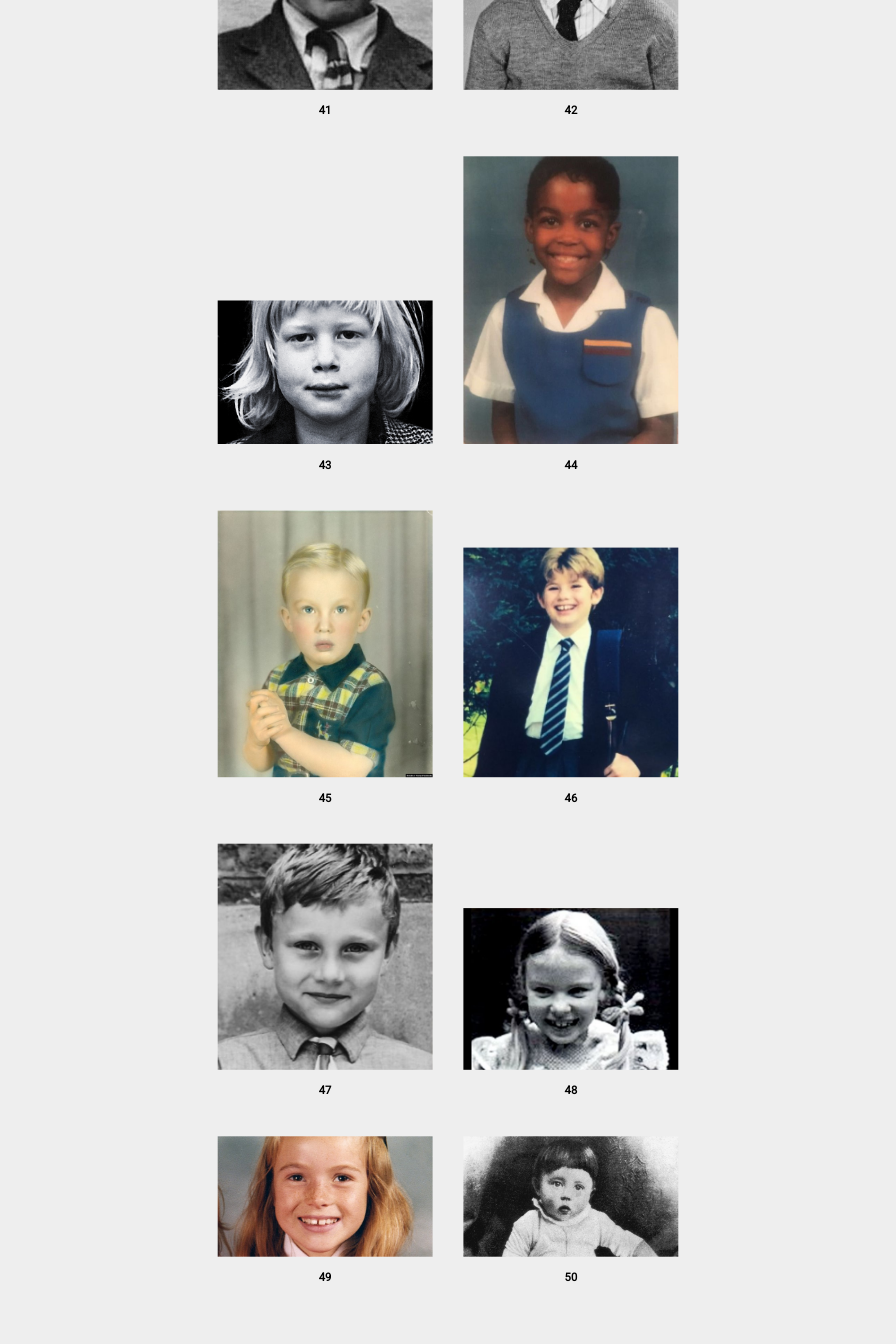
Repository: Domehead123/quiz
Page: index.html
The author's editor kept a record of every edit. The page is drawn from the files as they stood at one moment, then again after the next edit.
The browser window is 1280 px wide. The pictures show the part of the page from y = 2776 to 4696 px (the page is 4696 px tall before and 4516 px after), at 70% of full size.

Above is the page before.

### index.html
<!DOCTYPE html>
<html lang="en">
<head>
    <meta charset="UTF-8">
    <meta name="viewport" content="width=device-width, initial-scale=1.0">
    <meta http-equiv="X-UA-Compatible" content="ie=edge">
    <link href="https://fonts.googleapis.com/css2?family=Righteous&family=Roboto&display=swap" rel="stylesheet">
    <link rel="stylesheet" href="style.css" type="text/css" />
    <title>Quiz</title>
</head>
<body>

<div class="container">
    <h1>Quiz</h1>
    <p>Fifty questions. You can google the answers if you want, but you may have to do a bit more detective work.</p>
    <p>The answers will appear here at 7pm on Sunday 10 May.</p>
    </div>

    <div class="section one">
        <div class="container">
        <h2>Number Abbreviations</h2>


        <p>e.g 7 D in a W = 7 Days in a Week</p>
        <ol>
        <li>12 S of the Z</li>
<li>1000 Y in a M</li>
<li>13 in a B D</li>
<li>S W of H the E</li>
<li>86,400 S in a D</li>
<li>21 D on a 6-S D</li>
<li>An O has 3 H and up to 9 B</li>
<li>H normally have 23 P of C</li>
<li>12 A have W on the M</li>
<li>42 was the A to L, the U and E</li>
</ol>
        </div>
    </div>

        <div class="section two">
        <div class="container">
        <h2>Anagrams</h2>



        <ol start="11">
        <li>Prod Tonally (Singer)</li>
<li>Ablutions (Sportsman)</li>
<li>Bionic Drama (Politician)</li>
<li>A Nude Rove (TV programme)</li>
<li>Smearing Pro (TV Presenter)</li>
<li>Easily Corona (Film)</li>
<li>Gushing Therewith Book)</li>
<li>Actions Anew (Scientist)</li>

</ol>
        </div>
    </div>


        <div class="section three">
        <div class="container">
              <h2>Sequences</h2>
   <p>What comes next?</p>
        <ol start="21">
        <li>M, V, E, M, J, S, U, ____</li>
 <li>William, Patrick, Jon, Tom, Peter, Colin, ____</li>
 <li>2, 5, 10, 17, 26, 37, ____</li>
 <li>Sergeant, Nurse, Teacher, Constable, ____</li>
 <li>Wood, Tin, Crystal, Porcelain, ____</li>
 <li>Ghana, Togo, Burkina Faso, Mali, Algeria, Spain, France, ____</li>
 <li>3, 3, 5, 4, 4, 3, 5, 5, 4, ____</li>
 <li>1, 18, 4, 13, 6, ____</li>
 <li>FF0000, FFA500, FFFF00, 008000, 0000FF, 4B0082, ____</li>
 <li>1948, 1982, 2013, 2015, 2018, 1984, 2019, ____</li>

</ol>
        </div>
    </div>


        <div class="section four">
        <div class="container">
        <h2>Connections</h2>


        <p>What connects these things? (You really need to think laterally for this)</p>
        <ol start="41">
        <li>Irving Berlin, Bob Hope, Hal Roach, Princess Alice – Duchess of Gloucester</li>
<li>Shakespeare, Blakes 7, Anthony Eden, cosmetics</li>
<li>Brackley, Exeter, Newcastle</li>
<li>The Beatles, chess, New Zealand, Commodore</li>
<li>The Beatles, Sinbad and the Eye of the Tiger, moustache, Lewis Caroll</li>
<li>Argentine, pager, wiki, onager</li>
<li>Laurel and Hardy, Big Brother, Dracula, the Hound of the Baskervilles, Cybernauts, Daleks, Death Star</li>
<li>A berkshire boar, a 1960s TV spy, cognac, a card game</li>
<li>Holly Golightly, FDR, Jim Carrey, Grace Adler</li>
<li>Bombing of Hiroshima, a Serbian-American inventor, Louise Brooks, La Pucelle d'Orléans</li>
</ol>
        </div>
    </div>

        <div class="section five">
        <div class="container">
        <h2>Pictures</h2>


        <p>Who are they?</p>

<div class="image">
    <img src="images/1.jpg">
    <p>41</p>
</div>
<div class="image">
    <img src="images/2.jpg">
    <p>42</p>
</div>
<div class="image">
    <img src="images/3.jpg">
    <p>43</p>
</div>
<div class="image">
    <img src="images/4.jpg">
    <p>44</p>
</div>
<div class="image">
    <img src="images/5.jpg">
    <p>45</p>
</div>
<div class="image">
    <img src="images/6.jpg">
    <p>46</p>
</div>
<div class="image">
    <img src="images/7.jpg">
    <p>47</p>
</div>
<div class="image">
    <img src="images/8.jpg">
    <p>48</p>
</div>
<div class="image">
    <img src="images/9.jpg">
    <p>49</p>
</div>
<div class="image">
    <img src="images/10.jpg">
    <p>50</p>
</div>
        </div>
    </div>


</body>
</html>

### style.css
body {
font-family: 'Roboto', sans-serif;
background: #000;
color: #fff;
margin: 0;
text-align: center;
}

.container {
    width: 80%;
    margin: 0 auto;
}

p {
    font-weight: bold;
}

h1 {
font-family: 'Righteous', cursive;
font-size: 5em;
}

h2 {
font-family: 'Righteous', cursive;
font-size: 2em;
}


.section {
    padding: 30px 0 50px 0;
}

.one {
    background: #333;
    margin-top: 70px;
}

.two {
    background: #666;
}

.three {
    background: #999;
}

.four {
    background: #BBB;
    color: #000;
}

.five {
    background: #eee;
    color: #000;
}


ol {
    width: 60%;
    text-align: left;
    margin: 0 auto;
}

li  {
margin: 10px 0 ;
}

.image {
    width: 30%;
    display: inline-block;
    margin: 20px;
}

.image img {
    max-width: 100%;
}

@media only screen and (max-width: 764px) {

 .container {
     width: 90%;
 }

 .image {
     width: 100%;
     margin: 10px 0;
 }
}

After the next edit:
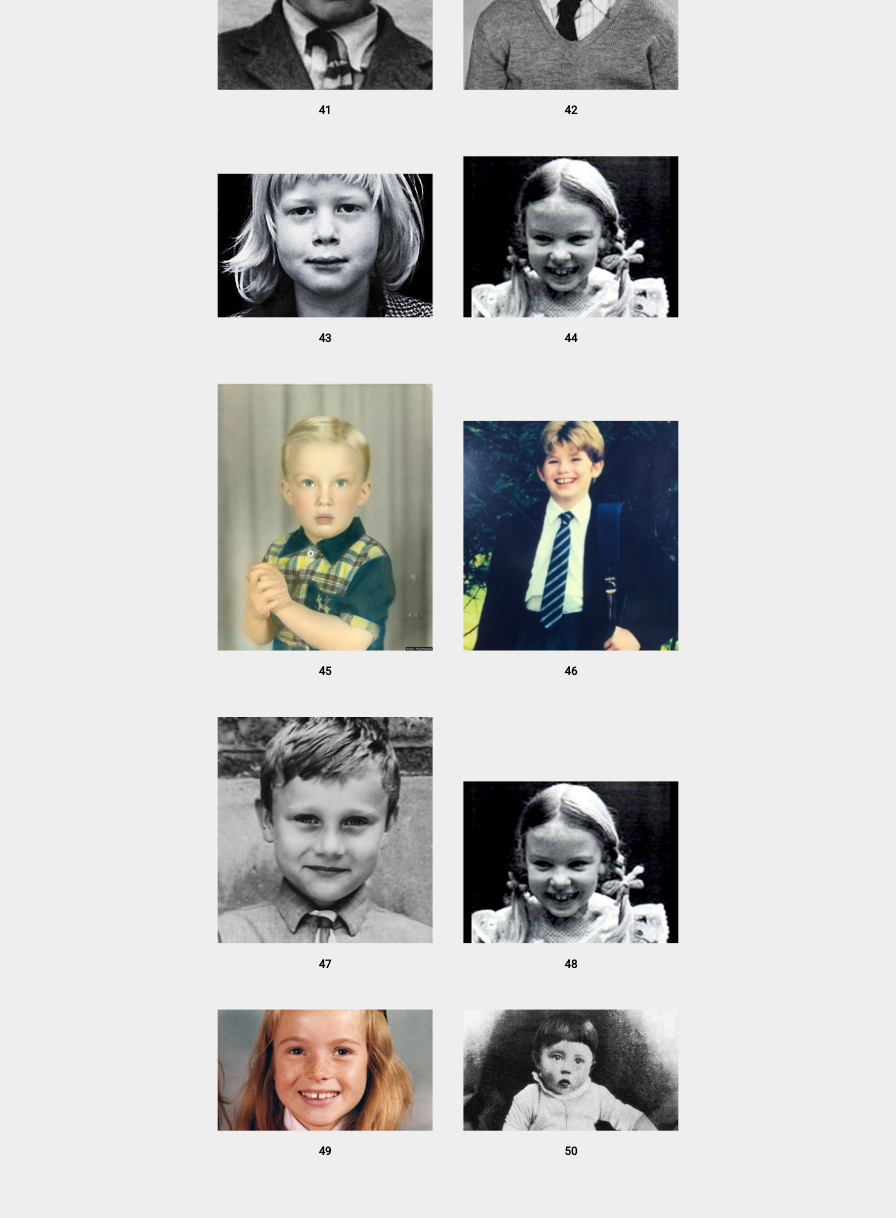
The edit:
--- a/index.html
+++ b/index.html
@@ -120,7 +120,7 @@
     <p>43</p>
 </div>
 <div class="image">
-    <img src="images/4.jpg">
+    <img src="images/8.jpg">
     <p>44</p>
 </div>
 <div class="image">
